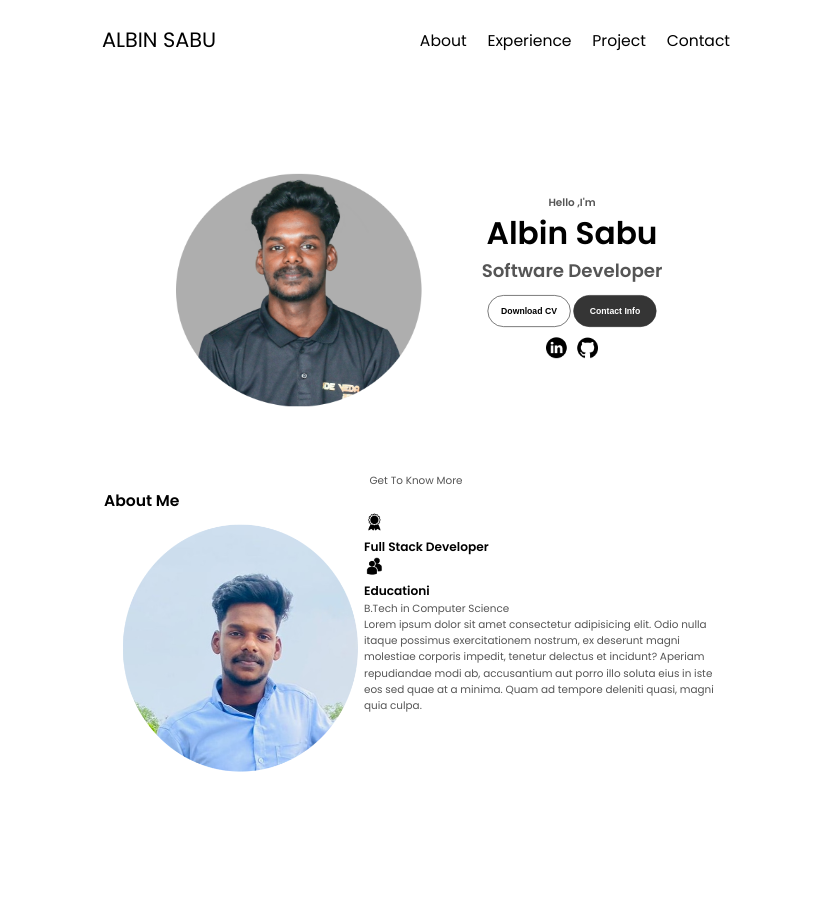
Repository: albinsabu2023/albinsabu
Page: index.html
The author's editor kept a copy of each file at every save. The page is drawn from the files as they stood at one save, then again after the next save.
The browser window is 1280 px wide. The pictures show the whole page, at 65% of full size.

Above is the page before, as saved 2023-08-30 12:08:38.

After the next save:
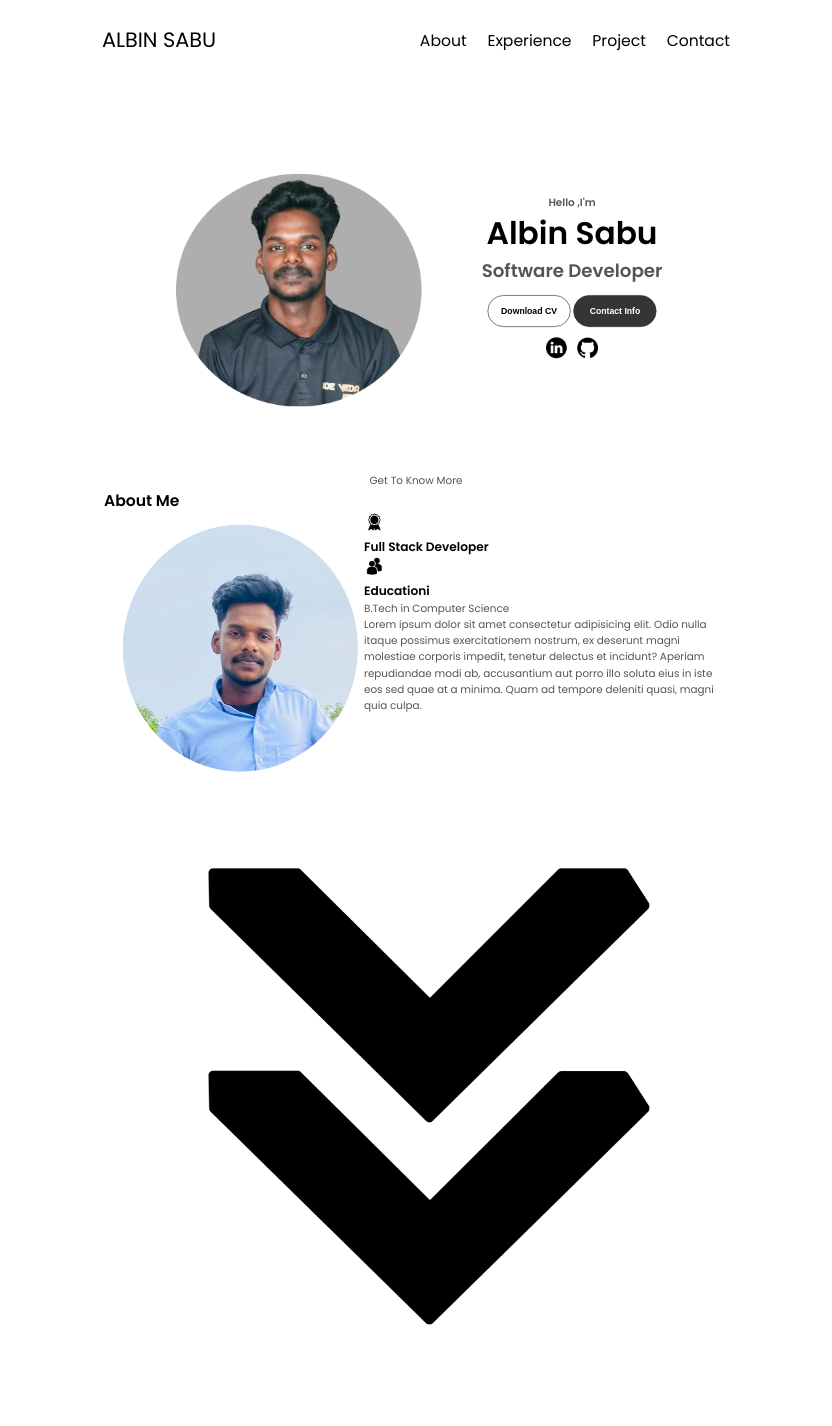
Saved 24 s later.
--- a/index.html
+++ b/index.html
@@ -87,7 +87,7 @@
                 </div>
             </div>
         </div>
-
+       <img src="./assets/arrow.png" alt="arrow">
     </section>
     <script src="script.js"></script>
 </body>

After the save that followed:
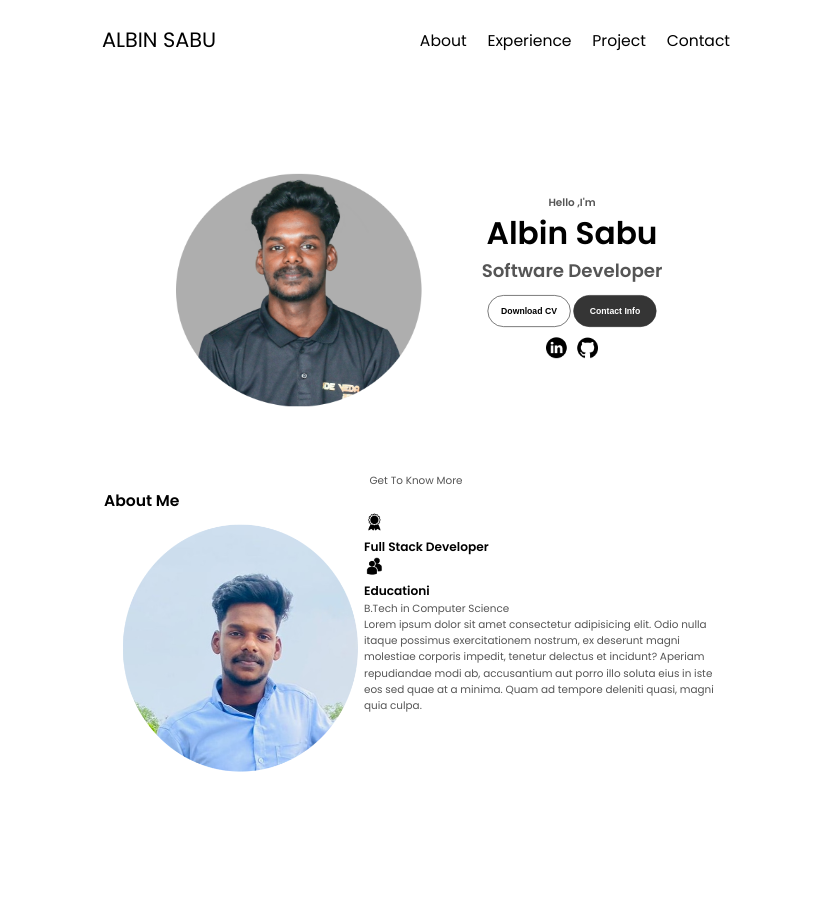
Saved 109 s later.
--- a/index.html
+++ b/index.html
@@ -87,7 +87,7 @@
                 </div>
             </div>
         </div>
-       <img src="./assets/arrow.png" alt="arrow">
+       <img src="./assets/arrow.png" alt="arrow" class="icon arrow" onclick=""locaiton.href='./#experience">
     </section>
     <script src="script.js"></script>
 </body>
